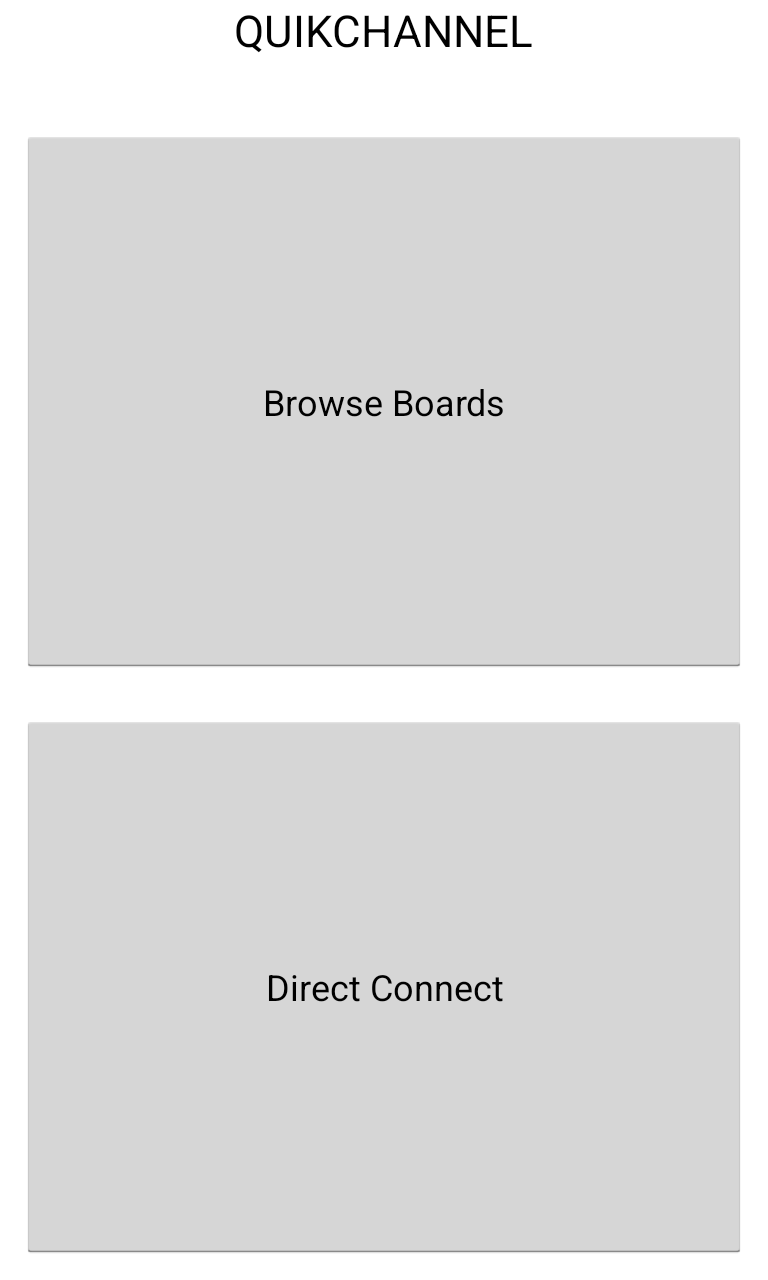
Repository: tomacoast/Quik-Channel
Layout: WorkspaceI/Quikchannel/res/layout/activity_main.xml
The author's editor kept a copy of each file at every save. The layout is drawn from the files as they stood at one save, then again after the next save.
It is drawn on a 768 x 1280 px phone screen (xhdpi) without system bars, with theme AppTheme; the app's code is not run.

Above is the layout before, as saved 2014-05-21 06:44:49.

### WorkspaceI/Quikchannel/res/layout/activity_main.xml
<LinearLayout xmlns:android="http://schemas.android.com/apk/res/android"
    android:layout_width="fill_parent"
    android:layout_height="fill_parent"
    android:orientation="vertical" >

    <TextView
        android:id="@+id/textView1"
        android:layout_width="wrap_content"
        android:layout_height="0dip"
        android:text="@string/main_title"
		android:layout_gravity="center_horizontal"
        android:layout_weight="1"
        android:textAppearance="?android:attr/textAppearanceLarge" />
    <Button
        android:id="@+id/browse_boards_button"
        android:layout_margin="10sp"
        android:layout_width="fill_parent"
        android:layout_height="0dp"
        android:layout_weight="5"
        android:text="@string/browse_boards_button" />
    <Button
        android:id="@+id/direct_connect_button"
        android:layout_margin="10sp"
        android:layout_width="fill_parent"
        android:layout_height="0dp"
        android:layout_weight="5"
        android:text="@string/direct_connect_button" />

</LinearLayout>

### WorkspaceI/Quikchannel/res/values/strings.xml
<?xml version="1.0" encoding="utf-8"?>
<resources>

    <string name="ip">INSERT IP HERE</string>

    <string name="app_name">Quikchannel</string>
    <string name="action_settings">Settings</string>
    <string name="direct_connect_button">Direct Connect</string>
    <string name="browse_boards_button">Browse Boards</string>
    <string name="main_title">QUIKCHANNEL</string>
    <string name="add_entry">Add a post</string>
    <string name="add_thread">Add a thread</string>
    <string name="make_post_title">Add a post</string>
    <string name="make_thread_title">Add a thread</string>
    <string name="submit">Submit</string>
    <string name="author">Author</string>
    <string name="title">Title</string>

</resources>

Loaded but not shown: WorkspaceI/Quikchannel/res/values/styles.xml (common file); WorkspaceI/Quikchannel/res/values-v11/styles.xml (common file); WorkspaceI/Quikchannel/res/values-v14/styles.xml (common file)

After the next save:
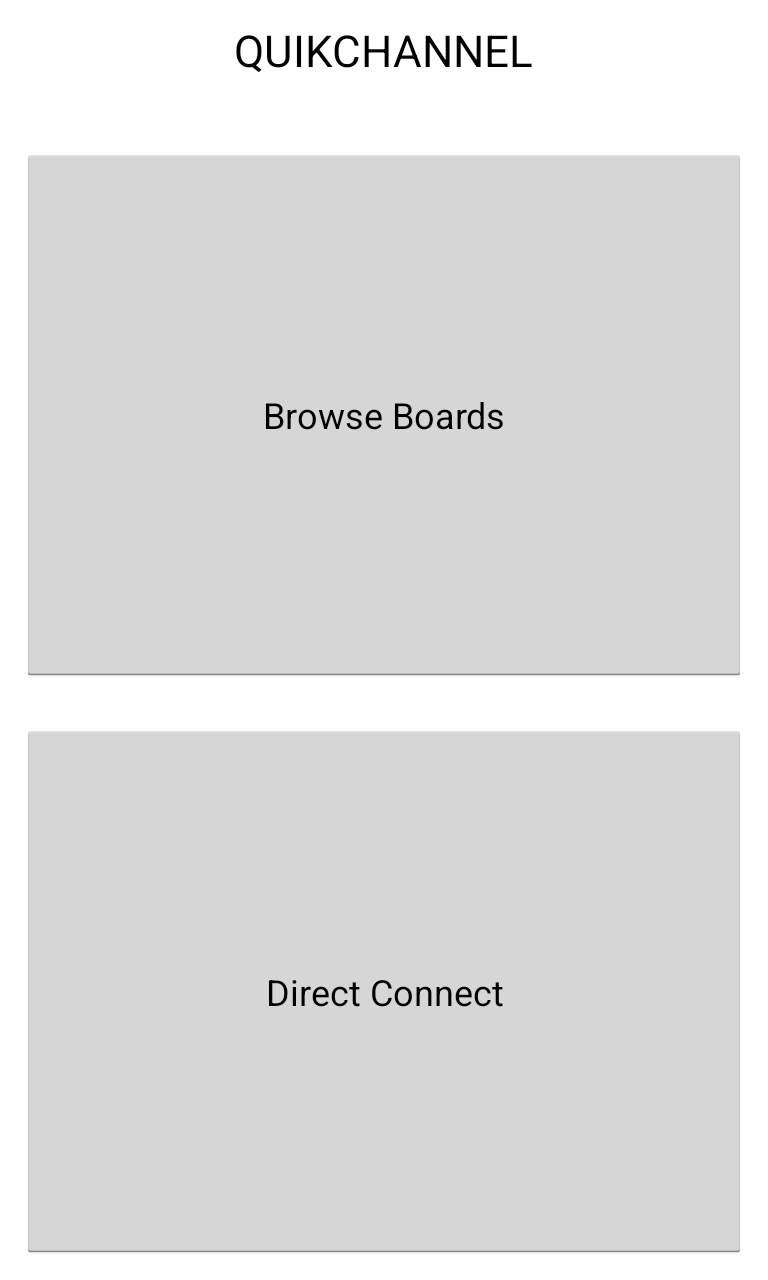
Saved 20 s later.
--- a/WorkspaceI/Quikchannel/res/layout/activity_main.xml
+++ b/WorkspaceI/Quikchannel/res/layout/activity_main.xml
@@ -8,6 +8,7 @@
         android:layout_width="wrap_content"
         android:layout_height="0dip"
         android:text="@string/main_title"
+        android:layout_marginTop="10sp"
 		android:layout_gravity="center_horizontal"
         android:layout_weight="1"
         android:textAppearance="?android:attr/textAppearanceLarge" />
